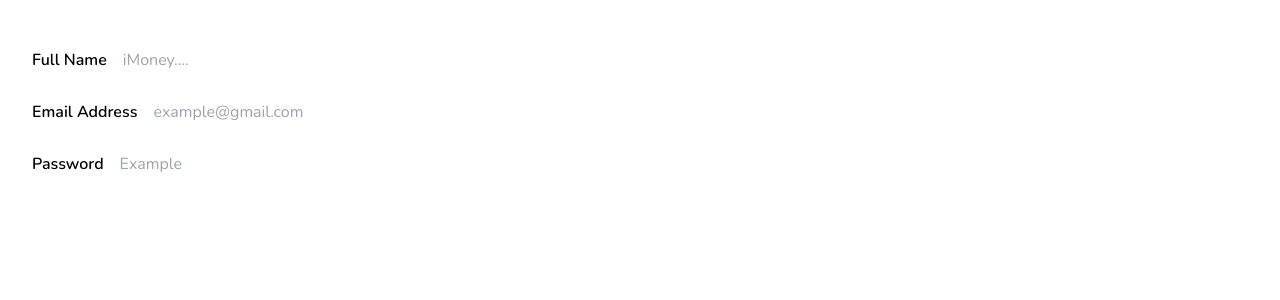
Repository: maixuanhieu/iMoney-VueJS
Page: /register
The author's editor kept a copy of each file at every save. The page is drawn from the files as they stood at one save, then again after a run of saves.
The browser window is 1280 px wide. The pictures show the whole page.
The project was rebuilt for these pictures with package versions that can differ from the ones it lists, and the page was loaded fresh each time.

Above is the page before, as saved 2021-11-18 11:29:16.

After the next 2 saves:
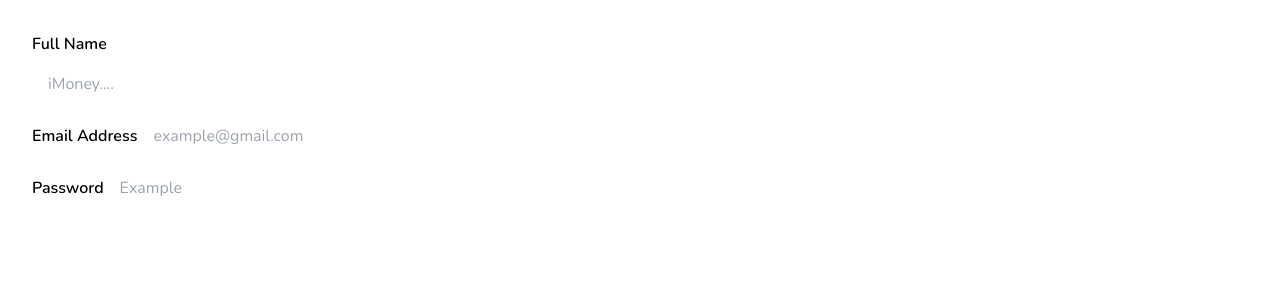
The 2 saves are shown as one change because they came seconds apart.
The last was saved 68 s later.
--- a/src/views/register.vue
+++ b/src/views/register.vue
@@ -3,7 +3,7 @@
    <div class="container mx-auto px-8">
      <form @submit="onSubmit">
        <div class="row">
-         <label for="fullName">
+         <label class="flex flex-col" for="fullName">
            <span class="font-semibold">Full Name</span>
            <input
            id="fullName"
